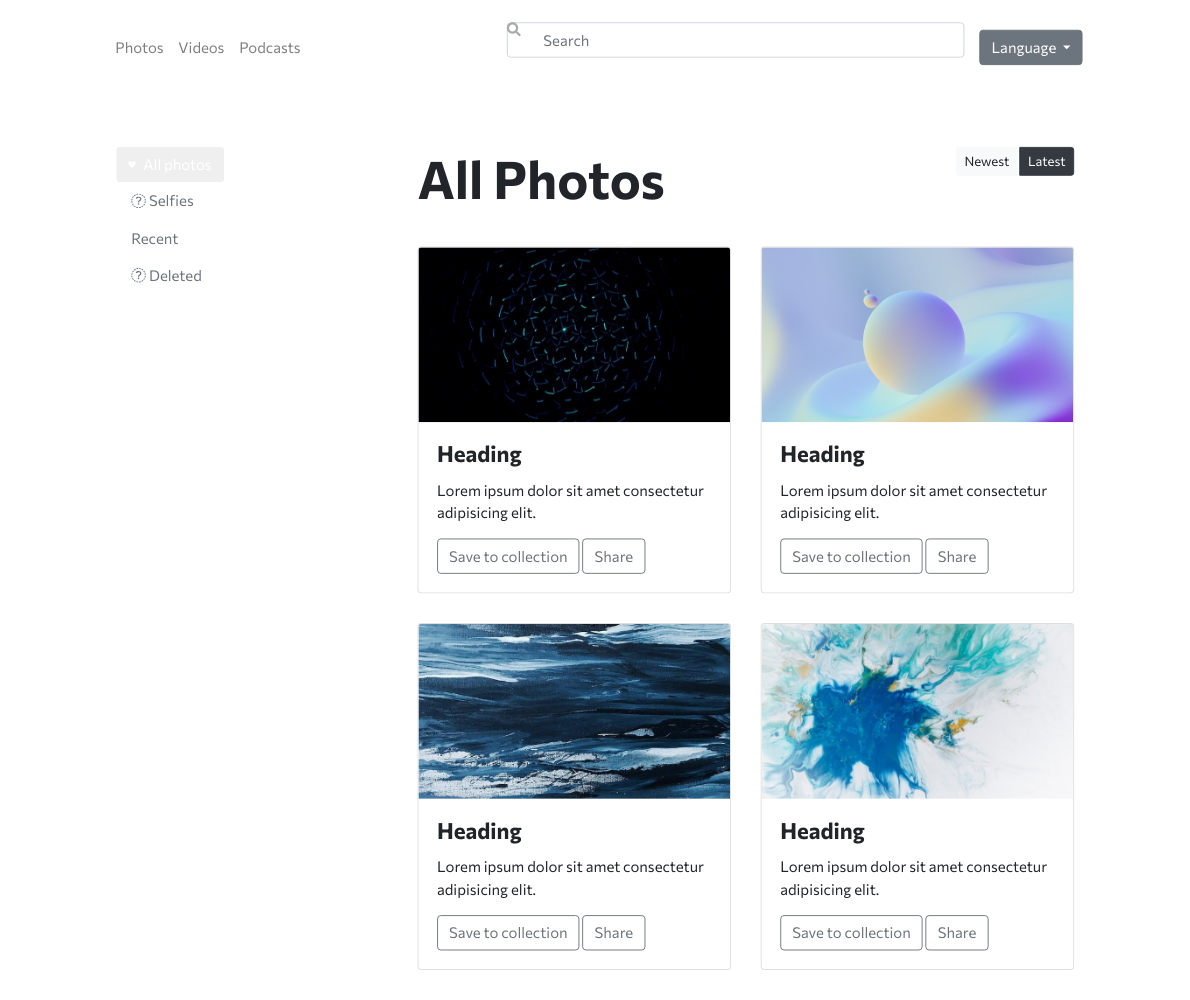
Repository: AlisaSkryp/photoblog
Page: index.html
These files come from the project's save history. The page is drawn as it stood at one moment and after a run of saves; the edit follows.
The browser window is 1280 px wide. The pictures show the whole page, at 93% of full size.
Some web libraries are served in a nearby version.

Above is the page before, as saved 2023-04-10 11:29:52.

After the next 6 saves:
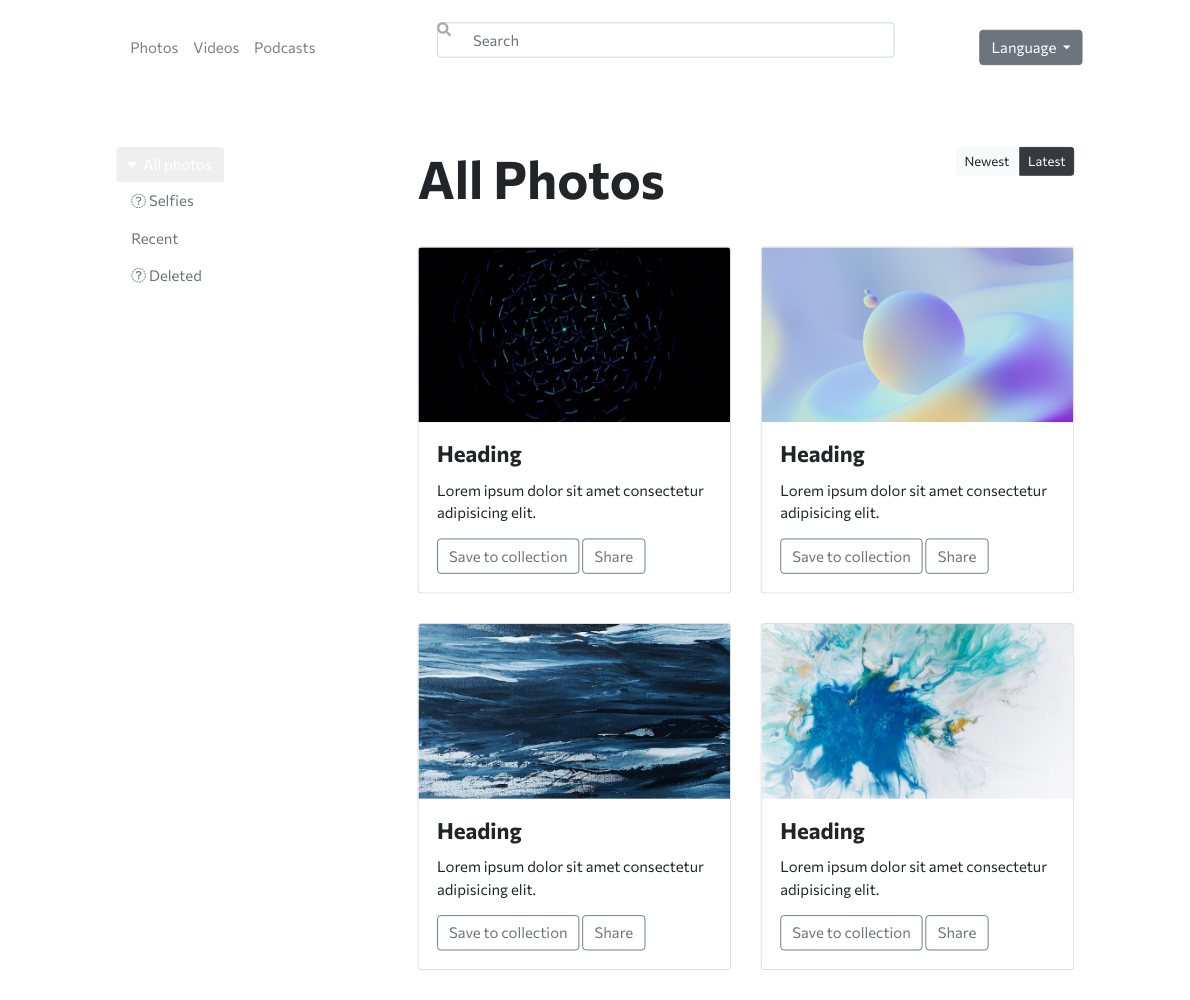
The 6 saves are shown as one change because they came seconds apart.
The last was saved 27 s later.
--- a/index.html
+++ b/index.html
@@ -17,7 +17,7 @@
   <button class="navbar-toggler" type="button" data-toggle="collapse" data-target="#navbarResponsive">
 		<span class="navbar-toggler-icon"></span>
 	</button>
-	<div class="collapse navbar-collapse" id="navbarResponsive">
+	<div class="collapse navbar-collapse col-md-3" id="navbarResponsive">
 		<ul class="navbar-nav">
 			<li class="nav-item">
 			  <a class="nav-link" href="#">Photos</a>
